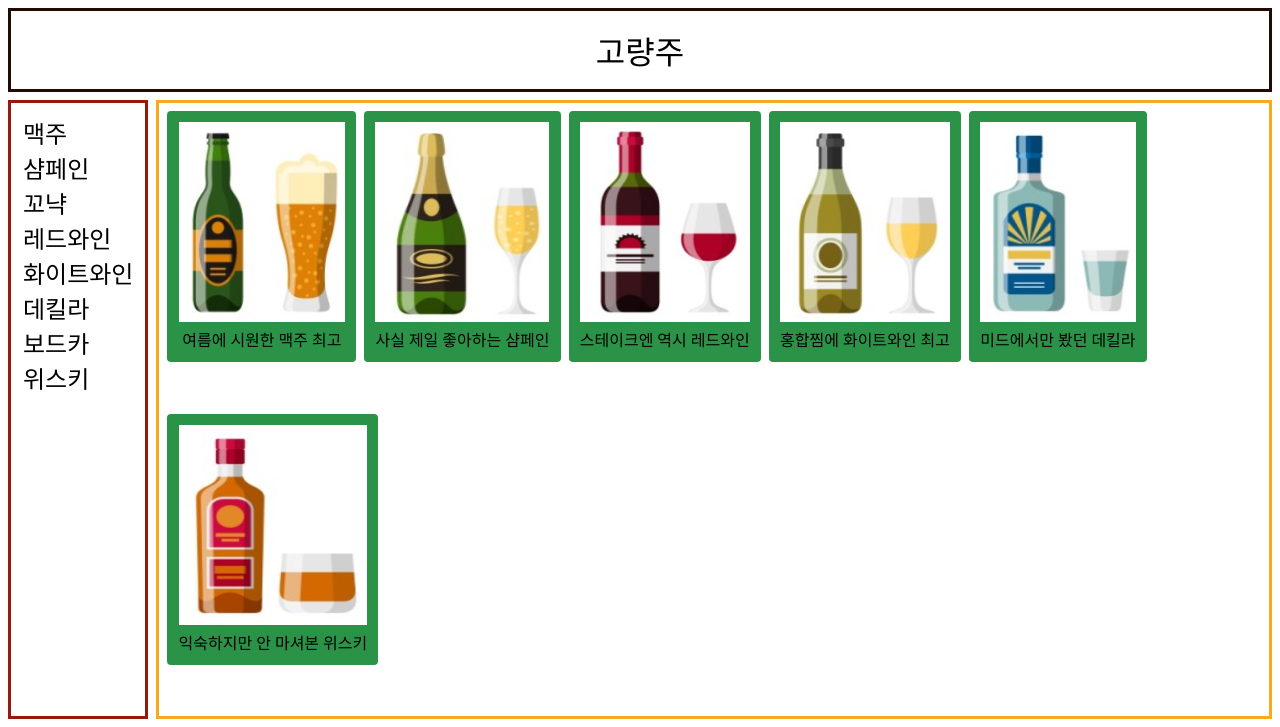
Repository: Jay-JYKim91/grj_2nd_week
Page: index.html
An editor plug-in stored every save of this project. The page is shown before and after the next save, followed by the edit.
The browser window is 1280 px wide. The pictures show the whole page.
Some web fonts or font styles are not loaded; a fallback is used.

Above is the page before, as saved 2022-05-03 14:44:40.

After the next save:
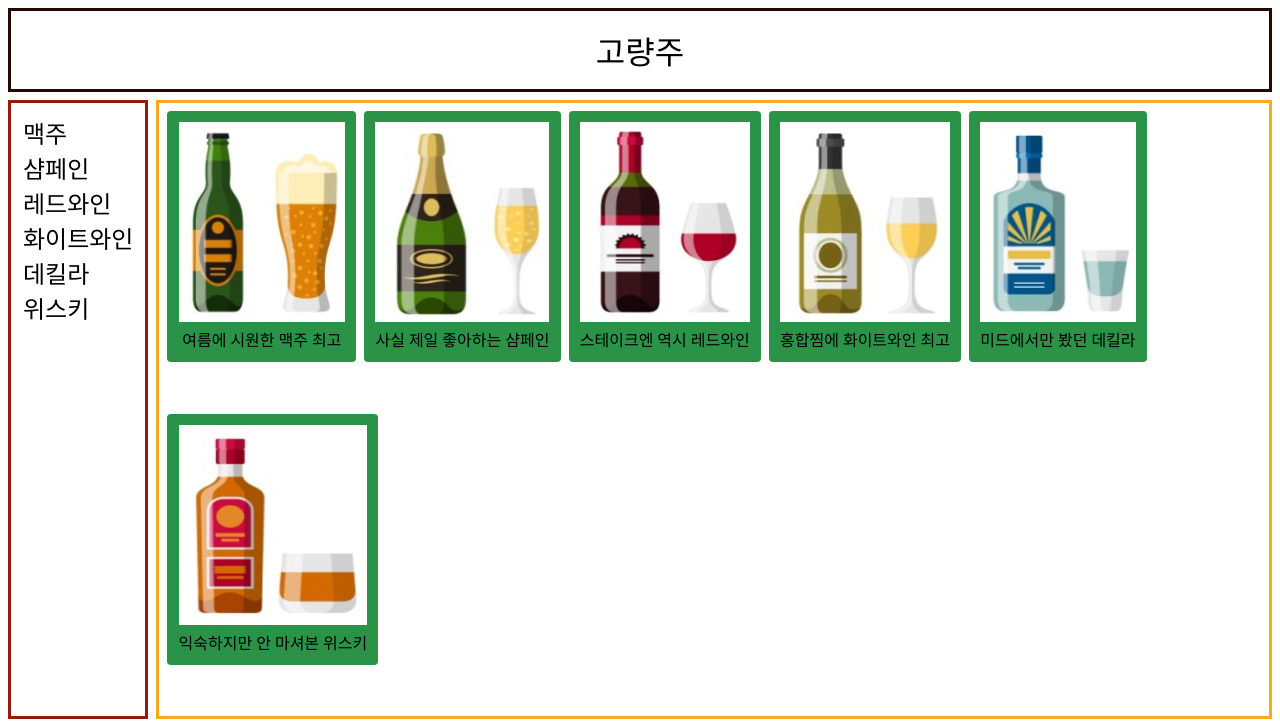
Saved 8 min 33 s later.
--- a/index.html
+++ b/index.html
@@ -15,11 +15,9 @@
         <aside>
             <span>맥주</span>
             <span>샴페인</span>
-            <span>꼬냑</span>
             <span>레드와인</span>
             <span>화이트와인</span>
             <span>데킬라</span>
-            <span>보드카</span>
             <span>위스키</span>
         </aside>
         <section class="cards">
